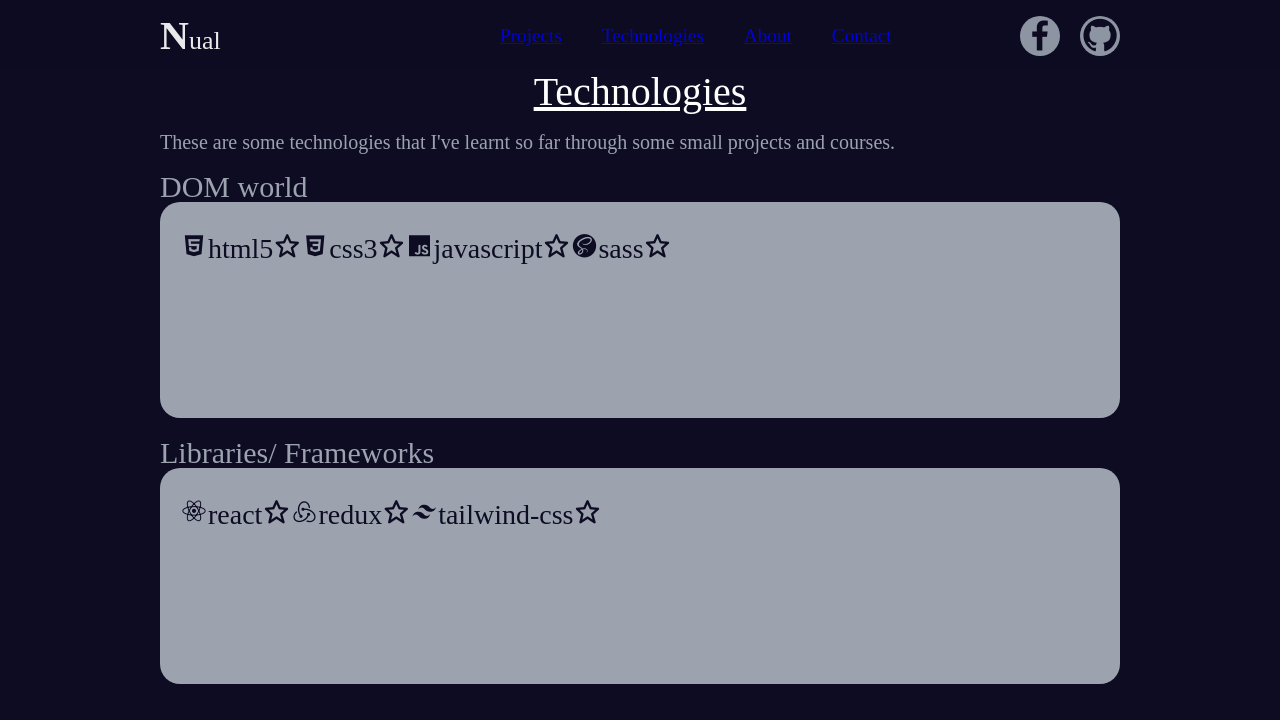
Repository: luanhoang0902/profile-react
Page: /Technologies
An editor plug-in stored every save of this project. The page is shown before and after the next save, followed by the edit.
The browser window is 1280 px wide. The pictures show the whole page.
The project was rebuilt for these pictures with package versions that can differ from the ones it lists, and the page was loaded fresh each time. Also part of the build but not shown: src/css/Projects.css, src/features/Projects.jsx, src/css/About.css, src/features/About.jsx, src/css/Contact.css, src/features/Contact.jsx.

Above is the page before, as saved 2022-05-22 12:43:38.

### public/index.html
<!DOCTYPE html>
<html lang="en">
  <head>
    <meta charset="utf-8" />
    <link rel="icon" href="%PUBLIC_URL%/favicon.ico" />
    <meta name="viewport" content="width=device-width, initial-scale=1" />
    <meta name="theme-color" content="#000000" />
    <meta
      name="description"
      content="Web site created using create-react-app"
    />
    <link rel="apple-touch-icon" href="%PUBLIC_URL%/logo192.png" />
    <!--
      manifest.json provides metadata used when your web app is installed on a
      user's mobile device or desktop. See https://developers.google.com/web/fundamentals/web-app-manifest/
    -->
    <link rel="manifest" href="%PUBLIC_URL%/manifest.json" />
    <!--
      Notice the use of %PUBLIC_URL% in the tags above.
      It will be replaced with the URL of the `public` folder during the build.
      Only files inside the `public` folder can be referenced from the HTML.

      Unlike "/favicon.ico" or "favicon.ico", "%PUBLIC_URL%/favicon.ico" will
      work correctly both with client-side routing and a non-root public URL.
      Learn how to configure a non-root public URL by running `npm run build`.
    -->
    <link rel="stylesheet"
    href="https://cdn.jsdelivr.net/npm/boxicons@latest/css/boxicons.min.css">
    <!-- or -->
    <link rel="stylesheet"
    href="https://unpkg.com/boxicons@latest/css/boxicons.min.css">
    <title>React App</title>
  </head>
  <body>
    <noscript>You need to enable JavaScript to run this app.</noscript>
    <div id="root"></div>
    <!--
      This HTML file is a template.
      If you open it directly in the browser, you will see an empty page.

      You can add webfonts, meta tags, or analytics to this file.
      The build step will place the bundled scripts into the <body> tag.

      To begin the development, run `npm start` or `yarn start`.
      To create a production bundle, use `npm run build` or `yarn build`.
    -->
  </body>
</html>

### src/App.js
import './App.css';
import Intro from './components/Intro';
import Header from './components/Header'
import { Route, Routes } from 'react-router-dom';
import Projects from './features/Projects';
import Technologies from './features/Technologies';
import About from './features/About';
import Contact from './features/Contact';

function App() {
  return (
    <div className="App" style = {{background: '#0d0c22', color: '#fff'}}>
      <Intro/>
      <Header/>
      <Routes>
        <Route path = '/Projects' element = {<Projects/>} exact />
        <Route path = '/Technologies' element = {<Technologies/>} exact />
        <Route path = '/About' element = {<About/>} exact />
        <Route path = '/Contact' element = {<Contact/>} exact />
      </Routes>
    </div>
  );
}

export default App;

### src/App.css
/* http://meyerweb.com/eric/tools/css/reset/
   v2.0 | 20110126
   License: none (public domain)
*/
* {
	box-sizing: border-box;
}

html, body, div, span, applet, object, iframe,
h1, h2, h3, h4, h5, h6, p, blockquote, pre,
a, abbr, acronym, address, big, cite, code,
del, dfn, em, img, ins, kbd, q, s, samp,
small, strike, strong, sub, sup, tt, var,
b, u, i, center,
dl, dt, dd, ol, ul, li,
fieldset, form, label, legend,
table, caption, tbody, tfoot, thead, tr, th, td,
article, aside, canvas, details, embed,
figure, figcaption, footer, header, hgroup,
menu, nav, output, ruby, section, summary,
time, mark, audio, video {
	margin: 0;
	padding: 0;
	border: 0;
	font-size: 100%;
	font: inherit;
	vertical-align: baseline;
}
/* HTML5 display-role reset for older browsers */
article, aside, details, figcaption, figure,
footer, header, hgroup, menu, nav, section {
	display: block;
}
body {
	line-height: 1;
}
ul {
	list-style: none;
}
blockquote, q {
	quotes: none;
}
blockquote:before, blockquote:after,
q:before, q:after {
	content: '';
	content: none;
}
table {
	border-collapse: collapse;
	border-spacing: 0;
}

### src/components/Intro.jsx
import React, { useEffect, useRef } from 'react';
import PropTypes from 'prop-types';

import "../css/Intro.css"

Intro.propTypes = {

};

function Intro(props) {

    const intro = useRef()

    useEffect(() => {
        console.log(intro.current)
        setTimeout(() => {
            intro.current.classList.add('up')
        },4000)
    },[])

    return (
        <div className="intro" ref = {intro}>
            <span className="text-1">
                <div></div>
            </span>
            <span className="text-2">P</span>
            <span className="text-3">E</span>
            <span className="text-4">N</span>
        </div>
    );
}

export default Intro;

### src/components/Header.jsx
import React, { useEffect, useRef } from "react";
import PropTypes from "prop-types";

import "../css/Header.css";
import { Link } from "react-router-dom";

Header.propTypes = {};

function Header(props) {
  const varHeader = useRef();

  useEffect(() => {
    window.addEventListener("scroll", (event) => {
      let scrollY = window.scrollY;
      scrollY > 180
        ? varHeader.current.classList.add("abc")
        : varHeader.current.classList.remove("abc");
    });
  }, []);

  return (
    <div className="header" ref={varHeader}>
      <div className="header__content">
        <div className="header__one">Nual</div>
        <div className="header__two">
          <div>
            <Link to="/Projects">Projects</Link>
          </div>
          <div>
            <Link to="/Technologies">Technologies</Link>
          </div>
          <div>
            <Link to="/About">About</Link>
          </div>
          <div>
            <Link to="/Contact">Contact</Link>
          </div>
        </div>
        <div className="header__three">
          <a href="https://www.facebook.com/profile.php?id=100029577947626">
            <i class="bx bxl-facebook"></i>
          </a>
          <a href = 'https://github.com/luanhoang0902 '>
            <i class="bx bxl-github"></i>
          </a>
        </div>
      </div>
    </div>
  );
}

export default Header;

### src/features/Technologies.jsx
import React from 'react';
import PropTypes from 'prop-types';

import "../css/Technologies.css"

Technologies.propTypes = {

};
const doms = ["html5", "css3", "javascript", "sass"]
const libraries = ['react','redux','tailwind-css']
function Technologies(props) {
    return (
        <div className = 'technologies'>
            <u>Technologies</u>
            <div className = 'technologies__content'>
                <span >
                These are some technologies that I've learnt
                so far through some small projects and courses.
                </span>
                <div className = 'technologies__content-1'>DOM world
                    <div className = 'technologies__content-item1'>
                    <ul>
                        {doms.map((dom) => (
                            <li><i class={`bx bxl-${dom}`}>{dom}</i><i class='bx bx-star'></i></li>
                        ))}
                    </ul>
                    </div>
                </div>
                <div className = 'technologies__content-2'>Libraries/ Frameworks
                    <div className = 'technologies__content-item2'>
                    <ul>
                        {libraries.map((librarie) => (
                            <li><i class={`bx bxl-${librarie}`}>{librarie}</i><i class='bx bx-star'></i></li>
                        ))}
                    </ul>
                    </div>
                </div>
            </div>
        </div>
    );
}

export default Technologies;

### src/css/Intro.css
@import url(./variable.css);

.intro {
    position: fixed;

    height: 100vh;
    width: 100vw;
    background-color: var(--black);

    color: var(--white);
    text-align: center;
    line-height: 100vh;

    font-size: 60px;
    font-weight: 600;
    transition: all 2s ease-out;
    z-index: 100;
}
.up {
    transform: translateY(-100%);
    opacity: 0;
}
.intro  span {
    display: inline-block;
}
.text-1 {
    display: inline-block;

    height: 50px;
    width: 50px;
    background-color: white;

    border: 5px solid var(--white);
    border-radius: 50%;

    animation: up 2s  infinite linear;
}
.text-2 {
    animation: up 2s  infinite linear 0.25s;
}
.text-3 {
    animation: up 2s  infinite linear 0.5s;
}
.text-4 {
    animation: up 2s  infinite linear 0.75s;
}
.text-1 div {
    height: 30px;
    width: 30px;
    background-color: white;

    border: 10px solid var(--black);
    border-right: transparent solid 10px;
    border-radius: 50%;

    animation: xoay 5s  infinite linear;
}
/* .in {
    height: 20px;
    width: 20px;
    background-color: white;

    border-right: 10px solid var(--black);
    border-radius: 50%;
} */

@keyframes xoay {
    from {
        transform: rotate(0);
    }
    to{
        transform: rotate(360deg);
    }
}

@keyframes up {
    0% {
        transform: translateY(0px);
    }
    50% {
        transform: translateY(-20px);
    }
    100% {
        transform: translateY(0px);
    }
}

@keyframes non1 {
    to{
        transform: translateY(-100%);
    }
}

### src/css/Header.css
@import url(./variable.css);

.header {
    position: fixed;

    height: 10vh;
    width: 100vw;

}
.abc {
    background-color: var(--black)
}
.header__content {
    display: flex;

    height: 100%;
    width: 75vw;

    margin: 0 auto;
}
.header__content div {
    height: 100%;
    width: 25vw;

    line-height: 10vh;
}
.header__one {
    font-size: 26px;
}
.header__one::first-letter {
    font-size: 40px;
    font-weight: 600;
}
.header__two {
    display: flex;
}
.header__two div {
    color: var(--gray);
    font-size: 1.2rem;

    transition: all 0.5s ease;
    margin: 0 20px;
}
.header__two div:hover {
    color: var(--white);
    transform: scale(1.2);
    cursor: pointer;
}
.header__three div:hover {
    background-color: var(--white);
    transform: scale(1.2);
    cursor: pointer;
}
.header__three {
    display: flex;
    align-items: center;
    justify-content: flex-end;
}
.header__three a {
    height: 40px;
    width: 40px;
    background-color: var(--gray);

    border-radius: 50%;
    margin-left: 20px ;

    color: var(--black);
    font-size: 40px;
    text-align: center;
    line-height:40px;

}

### src/css/Technologies.css
.technologies {
    height: 100vh;
    width: 75vw;


    margin: 0 auto;
    padding-top: 10vh;

    text-align: center;
    font-size: 20px;

}
.technologies u {
    font-size: 40px;
}
.technologies__content {
    width: 75vw;

    margin-top: 20px;

    text-align: left;

    color: var(--gray)
}
.technologies__content-1,
.technologies__content-2 {
    margin-top: 20px;
    font-size: 30px;
}
.technologies__content-item1,
.technologies__content-item2 {
    height: 30vh;
    width: 75vw;

    background-color: var(--gray);

    padding: 20px;

    color: var(--black);

    border-radius: 20px;
}
.technologies__content-item1 li,
.technologies__content-item2 li {
    font-size: 28px;
    margin-top: 10px;
}
.technologies__content-item1 ul,
.technologies__content-item2 ul {
    display: flex;
}

### src/css/variable.css
:root {
    --black: #0d0c22;
    --white: white;
    --gray: #9ca3af;
}

Loaded but not shown: src/index.js (common file)

After the next save:
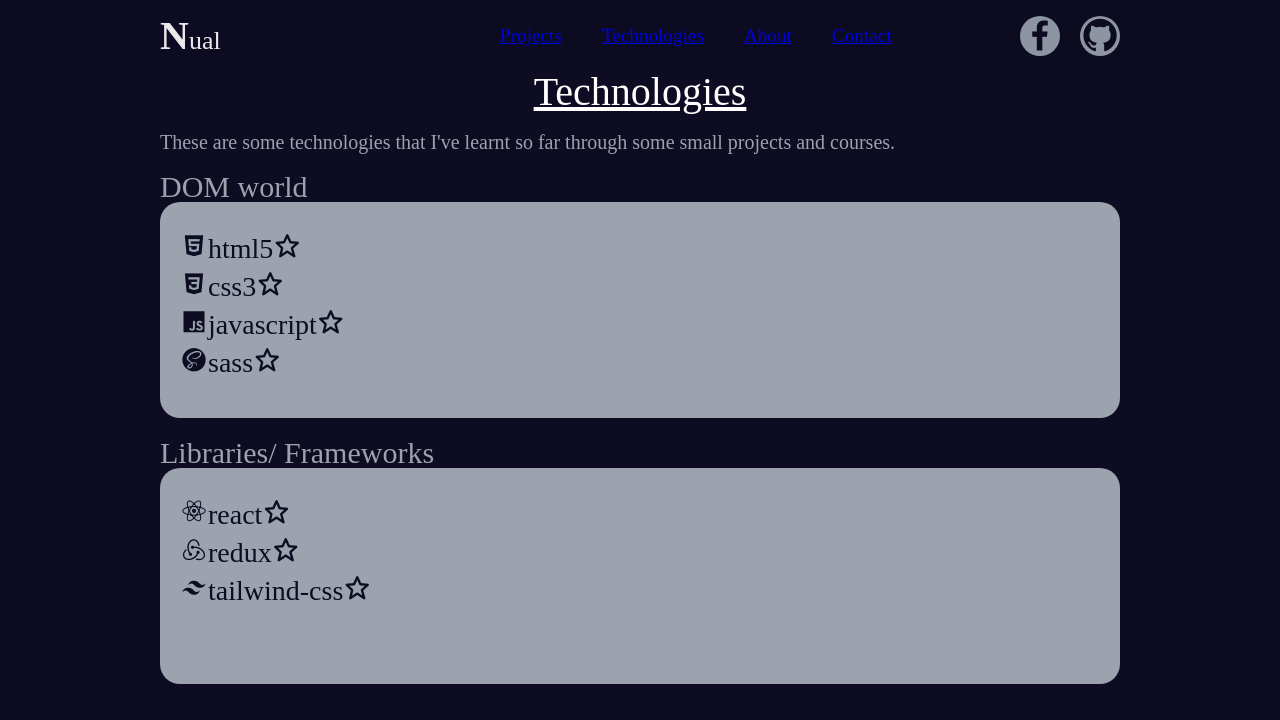
Saved 2 min 34 s later.
--- a/src/css/Technologies.css
+++ b/src/css/Technologies.css
@@ -42,10 +42,12 @@
 }
 .technologies__content-item1 li,
 .technologies__content-item2 li {
+    display: flex;
+
     font-size: 28px;
     margin-top: 10px;
 }
 .technologies__content-item1 ul,
 .technologies__content-item2 ul {
-    display: flex;
+
 }
